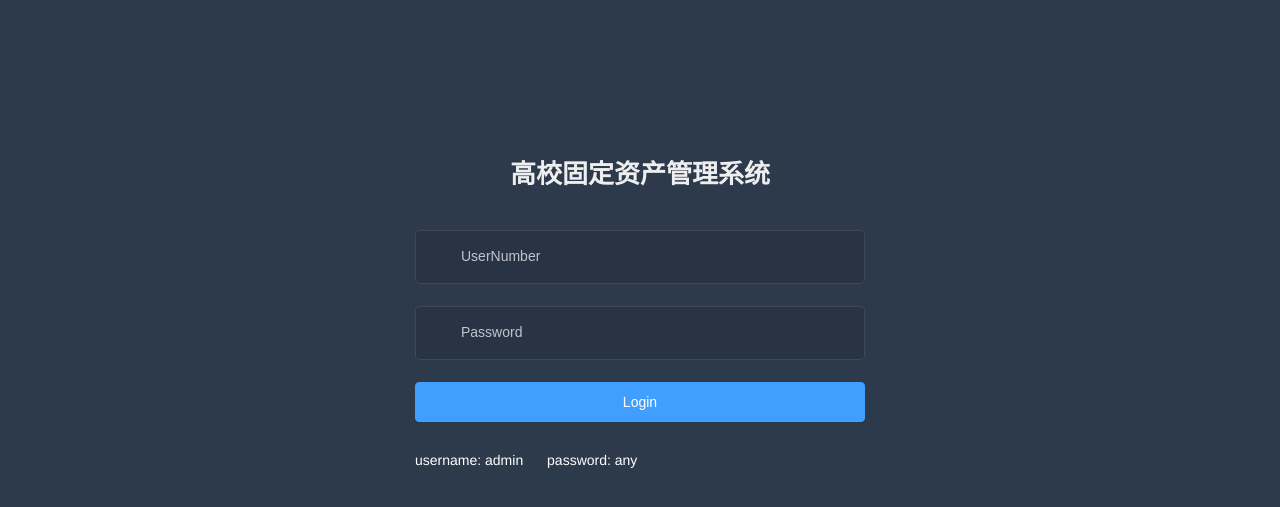
Repository: LoserFeng/SFAMS_front
Page: /
These files come from the project's save history. The page is drawn as it stood at one moment and after the next save; the edit follows.
The browser window is 1280 px wide. The pictures show the whole page.
The project was rebuilt for these pictures with package versions that can differ from the ones it lists, and the page was loaded fresh each time. Also part of the build but not shown: vue.config.js, src/components/Breadcrumb/index.vue, src/components/Hamburger/index.vue, src/layout/components/Navbar.vue, src/layout/components/Sidebar/Logo.vue, src/layout/components/Sidebar/Item.vue, src/layout/components/Sidebar/Link.vue, src/layout/components/Sidebar/FixiOSBug.js and 7 more. Imported but missing from the stored project, and not drawn on this page: src/api/user.

Above is the page before, as saved 2023-09-25 21:02:18.

After the next save:
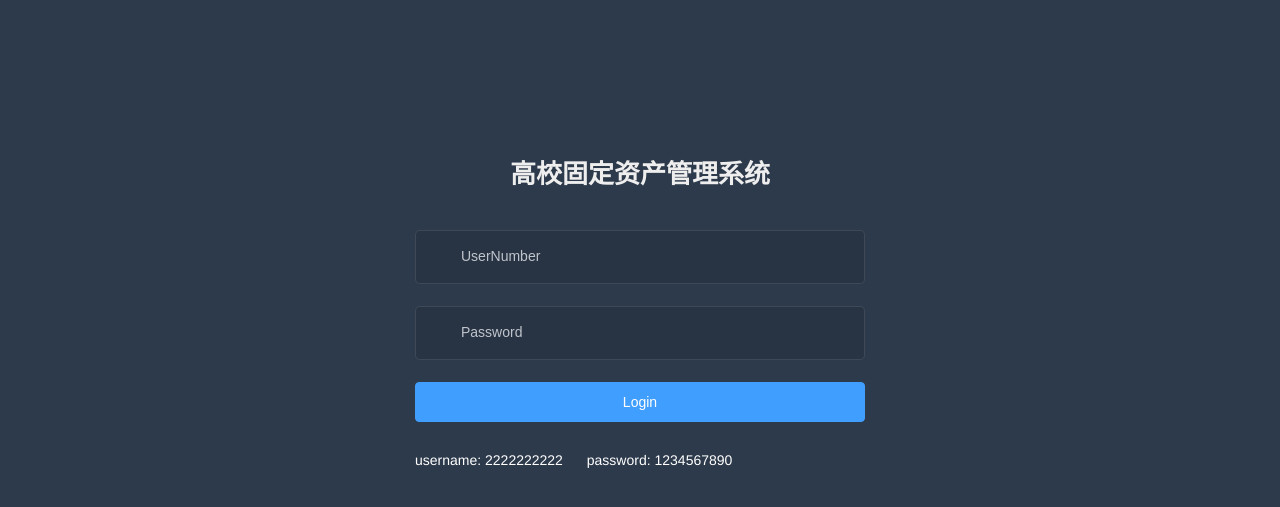
Saved 2 min 24 s later.
--- a/src/views/login/index.vue
+++ b/src/views/login/index.vue
@@ -44,8 +44,8 @@
       <el-button :loading="loading" type="primary" style="width:100%;margin-bottom:30px;" @click.native.prevent="handleLogin">Login</el-button>
 
       <div class="tips">
-        <span style="margin-right:20px;">username: admin</span>
-        <span> password: any</span>
+        <span style="margin-right:20px;">username: 2222222222</span>
+        <span> password: 1234567890</span>
       </div>
 
     </el-form>
